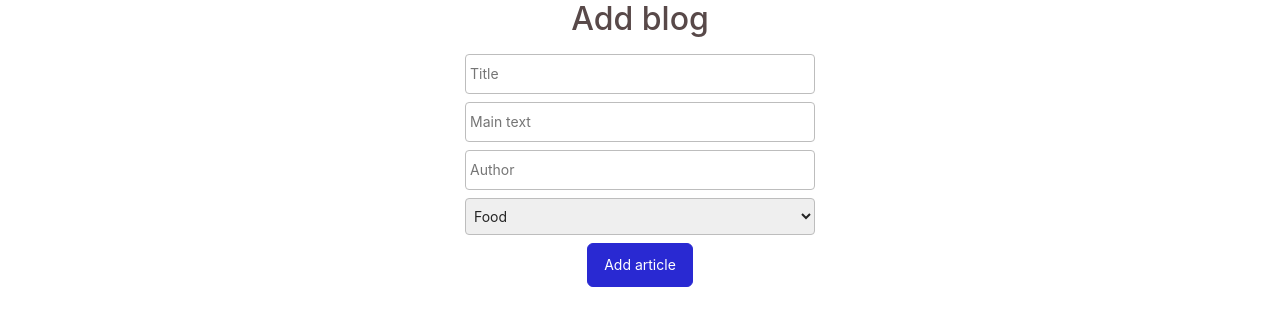
Repository: AllaHamazaspyann/Adminpanel
Page: /add_blog
The author's editor kept a copy of each file at every save. The page is drawn from the files as they stood at one save, then again after the next save.
The browser window is 1280 px wide. The pictures show the whole page.
The project was rebuilt for these pictures with package versions that can differ from the ones it lists, and the page was loaded fresh each time. Also part of the build but not shown: src/components/pages/Login/actions.js, src/helpers/validator.js, src/components/pages/Login/index.js, src/components/pages/Registration/actions.js, src/components/pages/Registration/index.js, src/components/pages/Profile/Profile.styles.js, src/components/pages/Profile/actions.js, src/components/containers/Articles/Articles.styles.js and 3 more. Imported but missing from the stored project, and not drawn on this page: src/components/pages/Login/reducer, src/components/pages/Registration/Registration.styles, src/components/pages/Registration/reducer.

Above is the page before, as saved 2019-12-10 12:54:54.

After the next save:
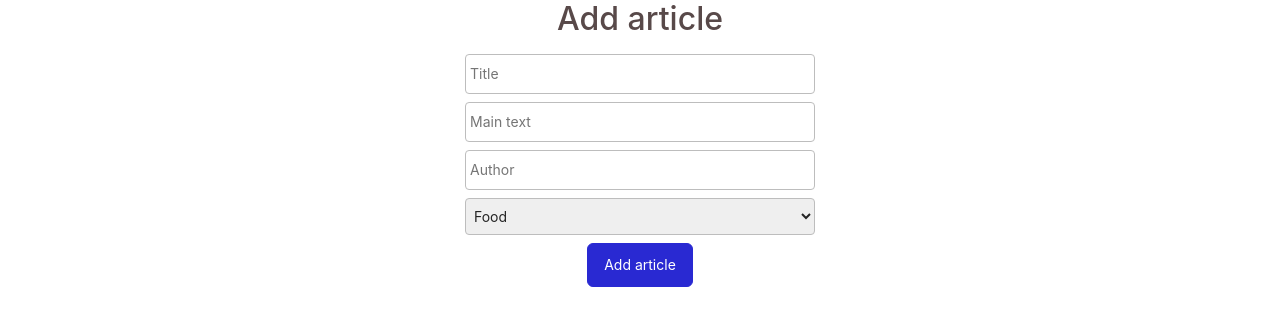
Saved 58 s later.
--- a/src/components/pages/BlogsForm/index.js
+++ b/src/components/pages/BlogsForm/index.js
@@ -18,7 +18,7 @@ class BlogsForm extends Component {
     return (
       <>
         <S.Contained>
-          <h2>Add blog</h2>
+          <h2>Add article</h2>
           <S.Form
           validateOnChange={false}
           validateOnBlur={false}
